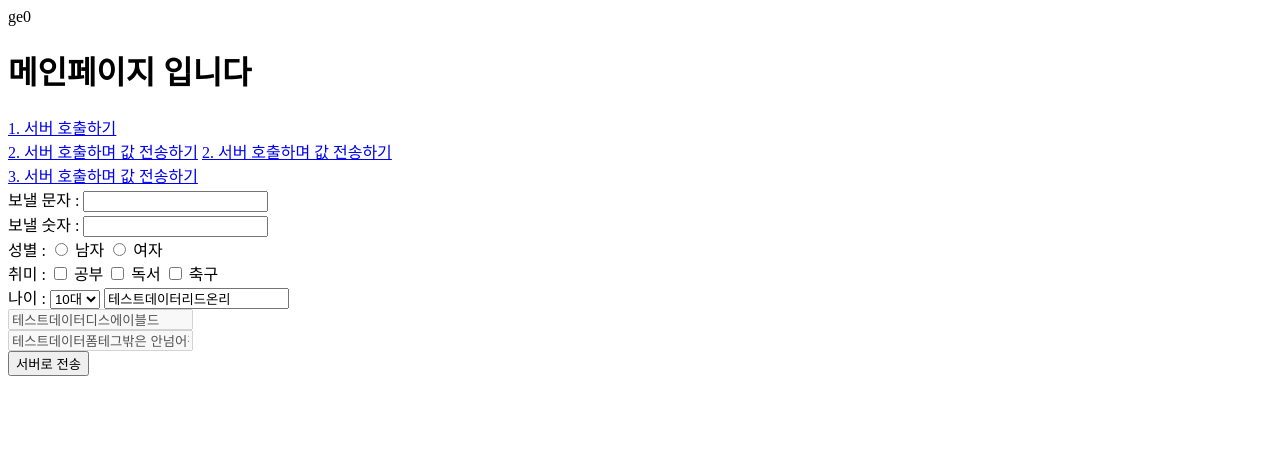
Repository: beescuit9510/toyProjects
Page: web-server-workplace/02_noDbProject/src/main/webapp/index.html
These files come from the project's save history. The page is drawn as it stood at one moment and after the next save; the edit follows.
The browser window is 1280 px wide. The pictures show the whole page.

Above is the page before, as saved 2021-09-29 07:12:09.

### web-server-workplace/02_noDbProject/src/main/webapp/index.html
<!DOCTYPE html>ge0
<html>
<head>
<meta charset="UTF-8">
<title>Insert title here</title>
</head>
<body>
	<h1>메인페이지 입니다</h1>
	<a href="/requestServer">1. 서버 호출하기</a><br>
	<a href="/sendData1?test=abc&name=변덕">2. 서버 호출하며 값 전송하기</a>
	<a href="/sendData2?p1=abc&p2=변덕">2. 서버 호출하며 값 전송하기</a><br>
	<a href="/SendData3?age=11&name=변덕">3. 서버 호출하며 값 전송하기</a><br>
	<form action="/SendData3" method="get">
		보낼 문자 : <input type="text" name="str"><br>
		보낼 숫자 : <input type="text" name="num"><br>
		성별 :
		<input type="radio" name="gender" value="남"> 남자
		<input type="radio" name="gender" value="여"> 여자
		<br>
		취미 :
		<input type="checkbox" name="hobby" value="study"> 공부
		<input type="checkbox" name="hobby" value="reading"> 독서
		<input type="checkbox" name="hobby" value="soccer">  축구
		<br>
		나이 :
		<select name="age">
			<option value="10">10대<option>
			<option value="20">20대<option>
			<option value="30">30대<option>
			<option value="40">40대<option>
		</select>
		<input type="hidden" name="hiddenData" value="숨겨진데이터">
		<input type="text" name="input1" value="테스트데이터리드온리" readonly><br>
		<input type="text" name="input2" value="테스트데이터디스에이블드" disabled><br>


		<input type="text" name="input3" value="테스트데이터폼테그밖은 안넘어감" disabled><br>
		<input type="submit" value="서버로 전송">

	</form>


</body>
</html>

After the next save:
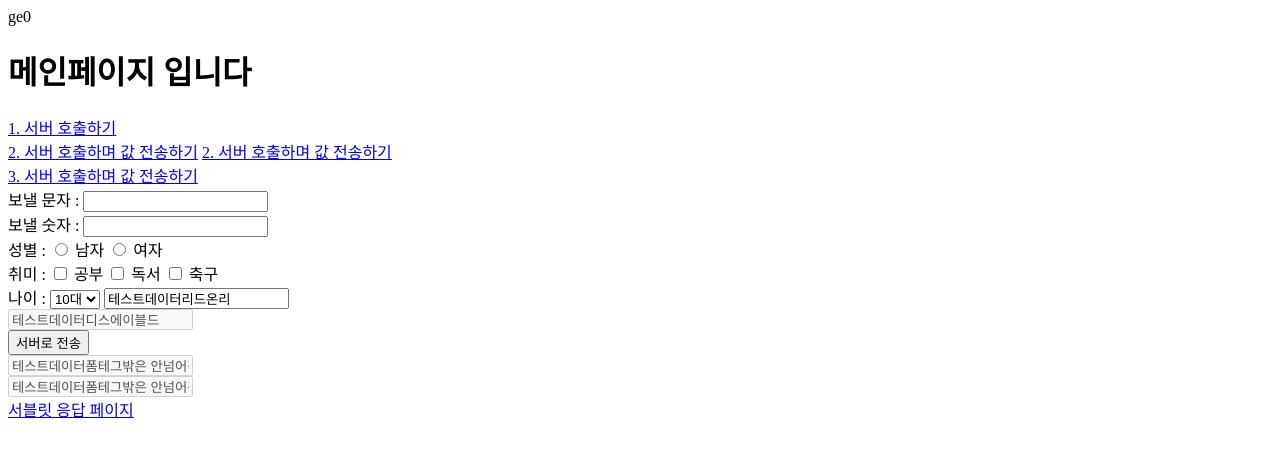
Saved 43 s later.
--- a/web-server-workplace/02_noDbProject/src/main/webapp/index.html
+++ b/web-server-workplace/02_noDbProject/src/main/webapp/index.html
@@ -34,11 +34,12 @@
 		<input type="text" name="input2" value="테스트데이터디스에이블드" disabled><br>
 
 
-		<input type="text" name="input3" value="테스트데이터폼테그밖은 안넘어감" disabled><br>
 		<input type="submit" value="서버로 전송">
 
 	</form>
+		<input type="text" name="input3" value="테스트데이터폼테그밖은 안넘어감" disabled><br>
+		<input type="text" name="input3" value="테스트데이터폼테그밖은 안넘어감" disabled><br>
 
-
+	<a href="responseTest">서블릿 응답 페이지</a>
 </body>
 </html>
